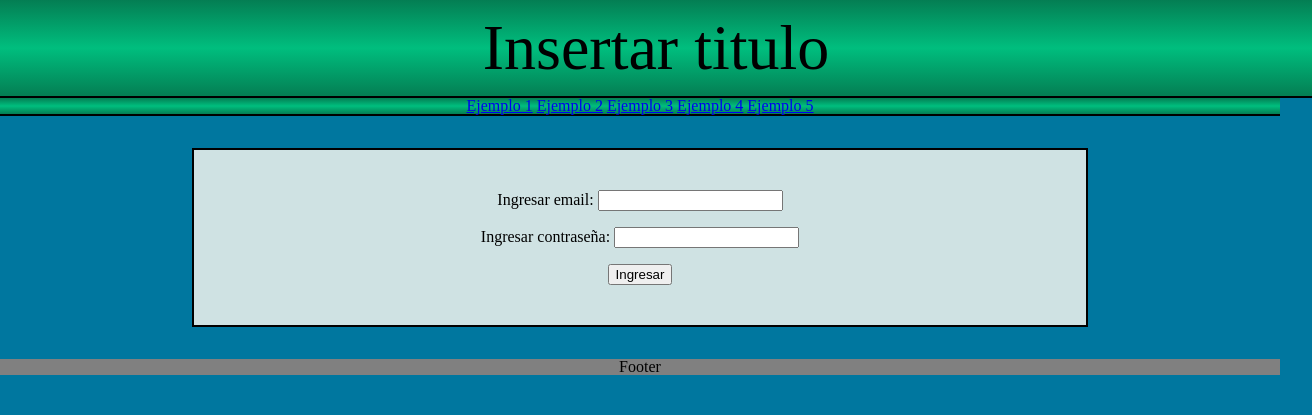
Repository: FacundoKinderknecht/Parcial-2-LPPA
Page: login/login.html
These files come from the project's save history. The page is drawn as it stood at one moment and after the next save; the edit follows.
The browser window is 1280 px wide. The page is 1312 px wide, so the pictures cover 1312 px, including what lies to the right of the window. The pictures show the whole page.

Above is the page before, as saved 2022-07-06 10:21:51.

### login/login.html
<!DOCTYPE html>
<html lang="en">
<head>
    <meta charset="UTF-8">
    <meta http-equiv="X-UA-Compatible" content="IE=edge">
    <meta name="viewport" content="width=device-width, initial-scale=1.0">
    <title>Document</title>
    <link rel="stylesheet" href="/reset.css">
    <link rel="stylesheet" href="/login/login.css">
    <script src="/login/login.js"></script>
</head>
<body>
    <header>
        <h1>Insertar titulo</h1>
    </header>
    <nav>
        <li>
            <a href="#">Ejemplo 1</a>
            <a href="#">Ejemplo 2</a>
            <a href="#">Ejemplo 3</a>
            <a href="#">Ejemplo 4</a>
            <a href="#">Ejemplo 5</a>
        </li>
    </nav>
    <main>
        <form>
            <div class="email">
                <label for="email">Ingresar email:</label>
                <input type="text" name="email" id="email">
            </div>
            <div class="contraseña">
                <label for="contraseña">Ingresar contraseña:</label>
                <input type="password" name="contraseña" id="contraseña">
            </div>
            <div class="boton">
                <input type="submit" value="Ingresar">
            </div>
        </form>
    </main>
    <footer>
        <p>Footer</p>
    </footer>
</body>
</html>

### login/login.css
header{
    width: 100%;
    border-bottom: black 2px solid;
    padding: 1rem;
    font-size: 400%;
    background: linear-gradient(to top, rgb(4, 126, 83), rgb(0, 190, 126), rgb(4, 126, 83));
}
nav{
    background: linear-gradient(to top, rgb(4, 126, 83), rgb(0, 190, 126), rgb(4, 126, 83));
    display: block;
    border-bottom: black 2px solid;
    text-decoration: none;
}
li{
    text-decoration: none;
    list-style: none;
    color: black;
}
body{
    background-color: rgb(0, 119, 159);
    height: 100%;
    align-items: center;
    text-align: center;
    margin: 0;
}
main{
    display: inline-block;
    width: 70%;
    padding: 2rem;
}
form{
    background-color: rgb(207, 226, 227);  border: black solid 2px;
    padding: 2rem;
}
div{
    padding: 0.5rem;
}
footer{
    background-color: grey;
    bottom: 0;
    width: 100%;
}

Loaded but not shown: reset.css (common file); login/login.js (no stored copy; drawn as an empty file)

After the next save:
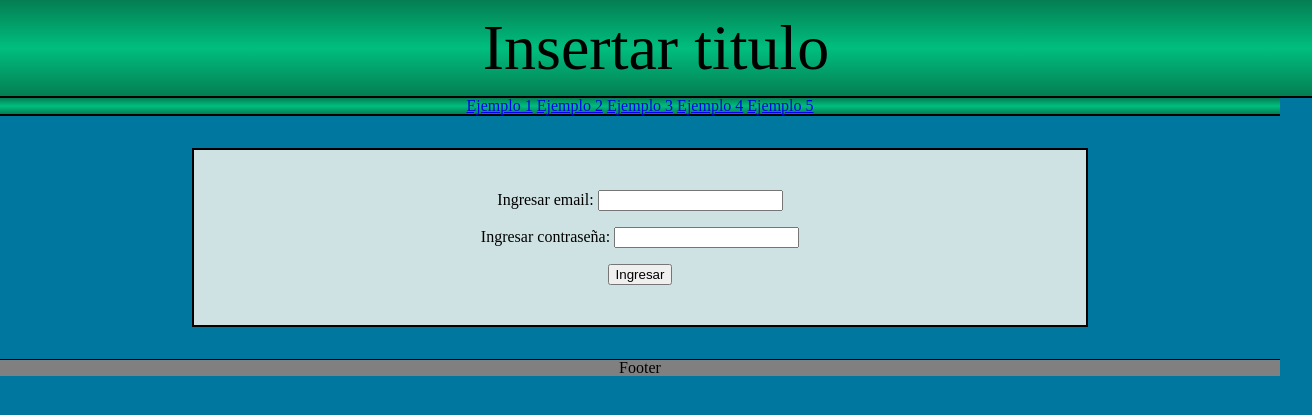
Saved 33 s later.
--- a/login/login.css
+++ b/login/login.css
@@ -36,6 +36,7 @@ div{
     padding: 0.5rem;
 }
 footer{
+    border-top: 1px solid black;
     background-color: grey;
     bottom: 0;
     width: 100%;
